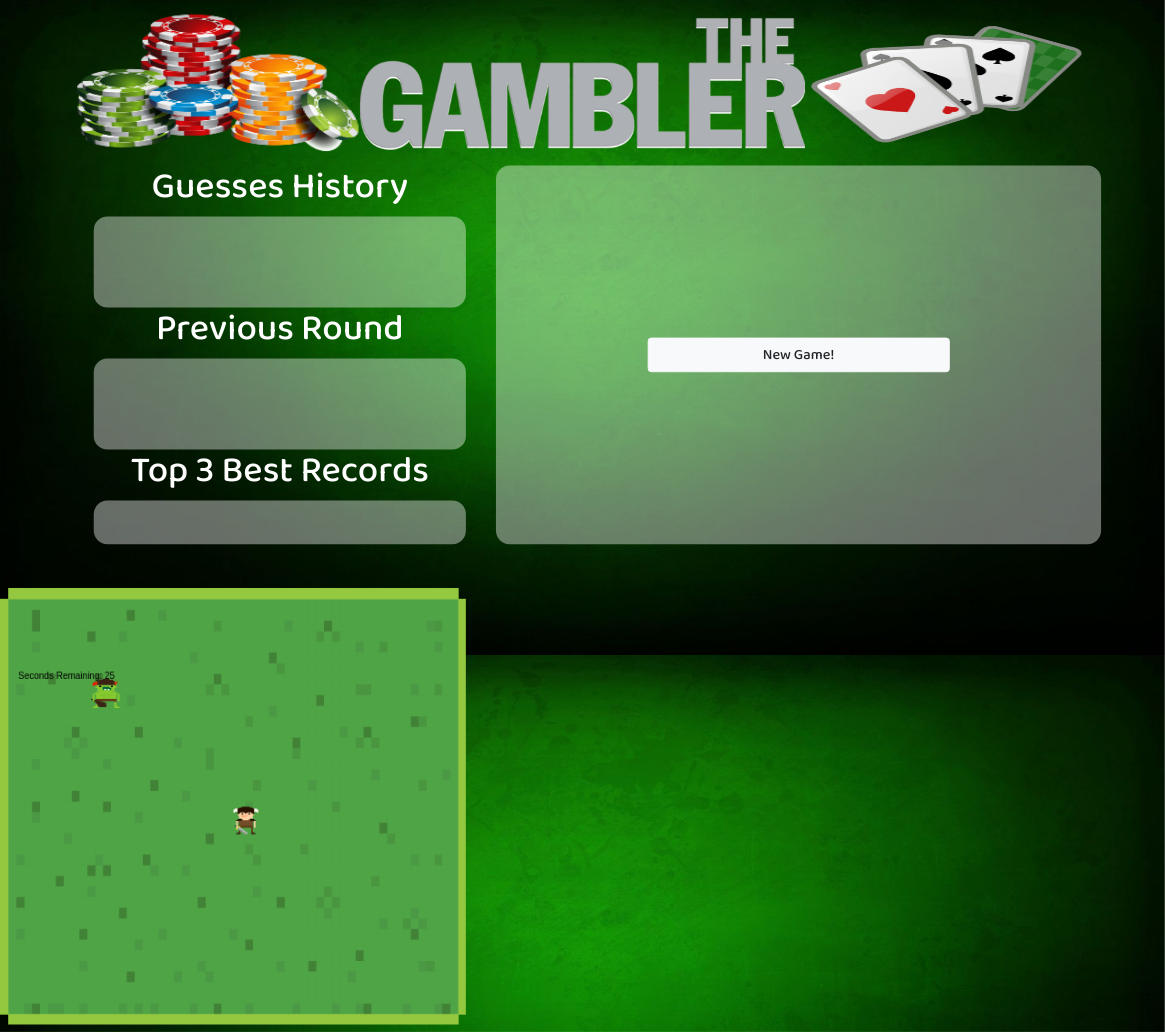
Repository: tts2610/TheCheapShootingGame
Page: index.html
These files come from the project's save history. The page is drawn as it stood at one moment and after the next save; the edit follows.
The browser window is 1280 px wide. The pictures show the whole page, at 91% of full size.
Backgrounds fixed to the window are drawn as part of the page.

Above is the page before, as saved 2020-05-15 11:18:13.
Console error: TypeError: Cannot read properties of null (reading 'style')

### index.html
<!DOCTYPE html>
<html lang="en">

<head>
    <meta charset="UTF-8">
    <meta name="viewport" content="width=device-width, initial-scale=1.0">
    <title>Document</title>
    <link rel="stylesheet" href="https://maxcdn.bootstrapcdn.com/bootstrap/4.4.1/css/bootstrap.min.css">

    <!-- jQuery library -->
    <script src="https://ajax.googleapis.com/ajax/libs/jquery/3.4.1/jquery.min.js"></script>

    <!-- Popper JS -->
    <script src="https://cdnjs.cloudflare.com/ajax/libs/popper.js/1.16.0/umd/popper.min.js"></script>

    <!-- Latest compiled JavaScript -->
    <script src="https://maxcdn.bootstrapcdn.com/bootstrap/4.4.1/js/bootstrap.min.js"></script>

    <link href="https://fonts.googleapis.com/css2?family=Baloo+2:wght@500&display=swap" rel="stylesheet">

    <link rel="stylesheet" href="css/style.css">

</head>

<body>
    <div aria-live="polite" aria-atomic="true" style="position: relative;">
        <div style="position: absolute; top: 20px; right: 20px;" id="toast-container">
        </div>
    </div>
    <section class="container pb-5 pt-3 numberGuessingBox">
        <div class="img-container">
            <img class="center mb-3" src="img/chips.png" width="auto" height="150">
            <img class="center mb-3" src="img/gambler.png" width="auto" height="150">
            <img class="center mb-3" src="img/cards.png" width="auto" height="150">
        </div>

        <div class="row">
            <div class="col-5 left_handSide px-5">
                <h1 style="text-align: center;">Guesses History</h1>
                <div class="row box-1 py-4 px-4" id="guessHistory">

                </div>
                <h1 style="text-align: center;">Previous Round</h1>
                <div class="row box-3 py-2 px-4" id="previousRound">

                </div>
                <h1 style="text-align: center;">Top 3 Best Records</h1>
                <div class="row box-2 py-4 px-4" id="ranking">

                </div>

            </div>
            <div class="col-7 right_handSide px-5">
                <button onclick="startGame()" class="btn btn-light" id="startGameBtn">New Game!</button>

                <canvas id="myCanvas"></canvas>
                <!-- <div id="inputDiv">
                    <div class="form customForm py-5">
                        <input type="number" class="form-control" id="guessInput" placeholder="Enter your guess here:" autofocus="autofocus" required>
                        <div class="submitBtn">
                            <button type="button" class="btn btn-primary mt-4" onclick="guessSubmit()" id="guessBtn">Guess</button>
                            <button type="button" class="btn btn-danger mt-4" onclick="reset()" id=resetBtn>Reset</button>
                        </div>
                    </div>

                    <div class="result my-3">
                        <div>Guess Remaining:
                            <span id="guessRemaining"></span>
                        </div>
                        <div>Time Remaining:
                            <div id="secondRemaining">s</div>
                        </div>
                    </div>
                </div> -->


            </div>
        </div>
    </section>

    <script src="js/script.js"></script>
</body>

</html>

### css/style.css
body {
    font-family: 'Baloo 2', cursive;
    background: url(../img/bg.jpg) no-repeat center center fixed;
    background-size: 100% 100%;
    height: 100%;
    position: absolute;
    width: 100%;
}

h1 {
    color: white;
}

::-webkit-scrollbar {
    -webkit-appearance: none;
    width: 7px;
}

 ::-webkit-scrollbar-thumb {
    border-radius: 4px;
    background-color: rgba(0, 0, 0, .5);
    box-shadow: 0 0 1px rgba(255, 255, 255, .5);
}

.numberGuessingBox .row .left_handSide .box-1 {
    background-color: rgb(255, 255, 255);
    /* Fallback color */
    background-color: rgba(255, 255, 255, 0.4);
    height: 100px;
    border-radius: 15px;
    display: flex;
    flex-direction: column;
}

.numberGuessingBox .row .left_handSide .box-2 {
    background-color: rgb(255, 255, 255);
    /* Fallback color */
    background-color: rgba(255, 255, 255, 0.4);
    height: auto;
    border-radius: 15px;
    display: flex;
    flex-direction: column;
}

.numberGuessingBox .row .left_handSide .box-3 {
    background-color: rgb(255, 255, 255);
    /* Fallback color */
    background-color: rgba(255, 255, 255, 0.4);
    height: 100px;
    border-radius: 15px;
    overflow-y: auto;
}

.numberGuessingBox .row .right_handSide {
    background-color: rgb(255, 255, 255);
    /* Fallback color */
    background-color: rgba(255, 255, 255, 0.4);
    /* Black w/opacity/see-through */
    border-radius: 15px;
    width: auto;
    color: white;
    font-weight: bold;
}

.numberGuessingBox .row .right_handSide .customForm {
    width: 50%;
    position: absolute;
    top: 30%;
    left: 50%;
    transform: translate(-50%, -50%);
}

.numberGuessingBox .row .right_handSide .result {
    width: 50%;
    position: absolute;
    top: 65%;
    left: 50%;
    transform: translate(-50%, -50%);
    font-size: xx-large;
    text-align: center;
}

.numberGuessingBox .row .right_handSide .customForm .submitBtn {
    display: flex;
    justify-content: space-around;
}

#inputDiv {
    display: none;
}

#startGameBtn {
    width: 50%;
    position: absolute;
    top: 50%;
    left: 50%;
    transform: translate(-50%, -50%);
}

#ranking {
    display: flex;
    flex-direction: inherit;
}

.center {
    display: block;
    margin-left: auto;
    margin-right: auto;
    width: 50%;
}

.base-timer {
    position: relative;
    width: 100px;
    height: 100px;
}

.base-timer__svg {
    transform: scaleX(-1);
}

.base-timer__circle {
    fill: none;
    stroke: none;
}

.base-timer__path-elapsed {
    stroke-width: 7px;
    stroke: grey;
}

.base-timer__path-remaining {
    stroke-width: 7px;
    stroke-linecap: round;
    transform: rotate(90deg);
    transform-origin: center;
    transition: 1s linear all;
    fill-rule: nonzero;
    stroke: currentColor;
}

.base-timer__path-remaining.green {
    color: rgb(65, 184, 131);
}

.base-timer__path-remaining.orange {
    color: orange;
}

.base-timer__path-remaining.red {
    color: red;
}

.base-timer__label {
    position: absolute;
    width: 100px;
    height: 100px;
    top: 0;
    display: flex;
    align-items: center;
    justify-content: center;
    font-size: 24px;
}

.img-container {
    display: flex;
}

### js/script.js
// FOR NEW GAME EFFECT
let div = document.getElementById("inputDiv");
let startGameBtn = document.getElementById("startGameBtn");

// VARIABLE FOR CALCULATE
let historyBox = [];
let bestScores = [];
let previousRecord = [];
let guess = 5;
let second = 20;
let randomNumber = Math.floor(Math.random() * 100) + 1;
let timer;

// USER INPUT
let input = document.getElementById("guessInput");

// LEFT BOXES
let guessHistory = document.getElementById("guessHistory");
let ranking = document.getElementById("ranking");
let previousRound = document.getElementById("previousRound");

// RIGHT BOXES
let secondRemaining = document.getElementById("secondRemaining");
let guessRemaining = document.getElementById("guessRemaining");
let finalResult = document.getElementById("finalResult");

// BUTTONS
let guessBtn = document.getElementById("guessBtn");
let resetBtn = document.getElementById("resetBtn");


// TOASTER + TOASTER OUTPUT
let toaster = document.getElementById("toast-container");
let prompts = { 1: "Too Low!", 2: "Too High!", 3: "You already input that number!", 4: "Better luck next time!", 5: "Great Job!", 6: "Please input your number!" }


// =========== MAIN ============

// ENTER KEY PRESSED
$(document).keypress(function(e) {
    if (e.which == 13) {
        $("#guessBtn").click();
    }
});

$(document).ready(function() {
    div.style.display = "none";
    input.disabled = true;
    guessBtn.disabled = true;
    resetBtn.disabled = true;
});

// NEW-GAME BUTTON PRESSED
function startGame() {
    window.scroll(0, 0);
    toaster.innerHTML = ""
    secondRemaining.innerHTML = second;
    timecounting();
    guessRemaining.textContent = guess;
    displayDiv();
    enableOrDisableBtn();
    autoFocus();
    alert("Random number revealed(for testing): " + randomNumber);
}


// GUESS BUTTON PRESSED
function guessSubmit() {
    if (guessBtn.disabled) return;
    else if (input.value == '' && !guessBtn.disabled) {
        createAlert(6);
        return;
    }
    let result = getResult();
    createAlert(result);

    if ([4, 5].includes(result)) {
        resetToDefault();
        enableOrDisableBtn();
        displayDiv();
        insertPreviousRecord();
    }
    bestScores.sort((a, b) => (a.guessRemain > b.guessRemain) ? -1 : 1);
    guessHistory.innerHTML = "";
    historyBox.forEach(element => {
        var p = document.createElement("p");
        var img = document.createElement("img")
        img.src = "img/dice.png";
        img.width = 60;
        img.height = 60;
        var textnode = document.createTextNode(element); // Create a text node
        p.appendChild(img);
        p.appendChild(textnode);
        guessHistory.append(p);
    });

    if (result == 5) {
        ranking.innerHTML = "";
        bestScores.forEach((element, i) => {
            if (i == 3) {
                return;
            }
            var p = document.createElement("div");
            p.className = "mt-3 mx-4";
            var img = document.createElement("img")
            img.src = "img/" + ++i + ".png";
            img.width = 64;
            img.height = 64;
            var textnode = document.createTextNode("Sean finished with " + (guess - element.guessRemain + 1) + " tries in " + (second - element.timeRemain) + "s!");
            p.appendChild(img);
            p.appendChild(textnode);
            var hr = document.createElement("hr");
            ranking.append(p);
            ranking.append(hr);
        });
    }

    // clear after insert
    input.value = "";
    autoFocus();
}

// RESET BUTTON PRESSED
function reset() {
    resetToDefault();
    enableOrDisableBtn();
    displayDiv();
}

// ============END-MAIN===========

// =========EXTRA-FUNCTIONS=======

function enableOrDisableBtn() {
    if (!input.disabled && !guessBtn.disabled && !resetBtn.disabled) {
        input.disabled = true;
        guessBtn.disabled = true;
        resetBtn.disabled = true;
    } else {
        input.disabled = false;
        guessBtn.disabled = false;
        resetBtn.disabled = false;
    }

}

function displayDiv() {
    if (div.style.display === "block" && startGameBtn.style.display === "none") {
        div.style.display = "none";
        startGameBtn.style.display = "block";
    } else {
        div.style.display = "block";
        startGameBtn.style.display = "none";
    }

}

function resetToDefault() {
    clearInterval(timer);
    guess = 5;
    second = 20;
    historyBox = [];
    guessHistory.innerHTML = "";
    randomNumber = Math.floor(Math.random() * 100) + 1;
}

function timecounting() {
    timer = setInterval(() => {
        if (second == 0) {
            previousRecord.push(["FAILED", guess, second]);
            clearInterval(timer);
            createAlert(4);
            reset();
            insertPreviousRecord();
            return;
        }
        second -= 1;
        secondRemaining.innerHTML = second + "s";
    }, 1000)

}

function getResult() {
    let result = 0;
    if (historyBox.includes(input.value)) {
        result = 3;
    } else {
        historyBox.push(input.value);
        if (input.value == randomNumber) {
            bestScores.push({ guessRemain: guess, timeRemain: second });
            previousRecord.push(["SUCCEED", guess - 1, second])
            return 5;
        } else if (input.value < randomNumber) {
            result = 1;
        } else if (input.value > randomNumber) {
            result = 2;
        }
        guessRemaining.textContent = --guess;
        if (guess == 0) {
            result = 4;
            previousRecord.push(["FAILED", guess, second])
        }
    }
    return result;
}


function createAlert(alertType) {

    let alertColor = [1, 2, 3, 4, 6].includes(alertType) ? "btn-danger" : "btn-info";
    let text = prompts[alertType];

    text += [4, 5].includes(alertType) ? "! Try another round to rank up!" : "";

    if (toaster.childElementCount > 1 || [4, 5].includes(alertType)) {
        toaster.innerHTML = "";
    }

    toaster.innerHTML += `<div class="toast" id="toast" role="alert" aria-live="assertive" aria-atomic="true" data-delay="5000">
    <div class="toast-body ${alertColor}" style="letter-spacing: 1px;">
        ${text}
    </div>
    </div>`;
    $('.toast').toast('show');
}


function insertPreviousRecord() {
    previousRound.innerHTML = "";
    // just for printing, have to reverse back after printing
    previousRecord.reverse();

    previousRecord.forEach(element => {
        var p = document.createElement("div");
        p.className = "mt-3 mx-4";
        var img = document.createElement("img")
        img.src = element[0] == "FAILED" ? "img/red_cross.png" : "img/green_tick.png";
        img.width = 32;
        img.height = 32;
        var textnode = document.createTextNode(element[0] + " / " + "Finished with " + (guess - element[1]) + " tries in " + (second - element[2]) + "s");
        p.appendChild(img);
        p.appendChild(textnode);

        previousRound.append(p);
    });
    previousRecord.reverse();
}

function autoFocus() {
    input.focus();
}



// FOR THE CHEAP GAME
/*
  Code modified from:
  http://www.lostdecadegames.com/how-to-make-a-simple-html5-canvas-game/
  using graphics purchased from vectorstock.com
*/

/* Initialization.
Here, we create and add our "canvas" to the page.
We also load all of our images.
*/


let canvas;
let ctx;

canvas = document.getElementById("myCanvas");
ctx = canvas.getContext("2d");
canvas.width = 512;
canvas.height = 480;
document.body.appendChild(canvas);

let bgReady, heroReady, monsterReady;
let bgImage, heroImage, monsterImage;

let startTime = Date.now();
const SECONDS_PER_ROUND = 30;
let elapsedTime = 0;

function loadImages() {
    bgImage = new Image();
    bgImage.onload = function() {
        // show the background image
        bgReady = true;
    };
    bgImage.src = "images/background.png";
    heroImage = new Image();
    heroImage.onload = function() {
        // show the hero image
        heroReady = true;
    };
    heroImage.src = "images/hero.png";

    monsterImage = new Image();
    monsterImage.onload = function() {
        // show the monster image
        monsterReady = true;
    };
    monsterImage.src = "images/monster.png";
}

/**
 * Setting up our characters.
 *
 * Note that heroX represents the X position of our hero.
 * heroY represents the Y position.
 * We'll need these values to know where to "draw" the hero.
 *
 * The same applies to the monster.
 */

let heroX = canvas.width / 2;
let heroY = canvas.height / 2;

let monsterX = 100;
let monsterY = 100;

/**
 * Keyboard Listeners
 * You can safely ignore this part, for now.
 *
 * This is just to let JavaScript know when the user has pressed a key.
 */
let keysDown = {};

function setupKeyboardListeners() {
    // Check for keys pressed where key represents the keycode captured
    // For now, do not worry too much about what's happening here.
    addEventListener("keydown", function(key) {
        keysDown[key.keyCode] = true;
    }, false);

    addEventListener("keyup", function(key) {
        delete keysDown[key.keyCode];
    }, false);
}


/**
 *  Update game objects - change player position based on key pressed
 *  and check to see if the monster has been caught!
 *
 *  If you change the value of 5, the player will move at a different rate.
 */
let update = function() {
    // Update the time.
    elapsedTime = Math.floor((Date.now() - startTime) / 1000);


    if (38 in keysDown) { // Player is holding up key
        heroY -= 5;
    }
    if (40 in keysDown) { // Player is holding down key
        heroY += 5;
    }
    if (37 in keysDown) { // Player is holding left key
        heroX -= 5;
    }
    if (39 in keysDown) { // Player is holding right key
        heroX += 5;
    }

    // Check if player and monster collided. Our images
    // are about 32 pixels big.
    if (
        heroX <= (monsterX + 32) &&
        monsterX <= (heroX + 32) &&
        heroY <= (monsterY + 32) &&
        monsterY <= (heroY + 32)
    ) {
        // Pick a new location for the monster.
        // Note: Change this to place the monster at a new, random location.
        monsterX = monsterX + 50;
        monsterY = monsterY + 70;
    }
};

/**
 * This function, render, runs as often as possible.
 */
var render = function() {
    if (bgReady) {
        ctx.drawImage(bgImage, 0, 0);
    }
    if (heroReady) {
        ctx.drawImage(heroImage, heroX, heroY);
    }
    if (monsterReady) {
        ctx.drawImage(monsterImage, monsterX, monsterY);
    }
    ctx.fillText(`Seconds Remaining: ${SECONDS_PER_ROUND - elapsedTime}`, 20, 100);
};

/**
 * The main game loop. Most every game will have two distinct parts:
 * update (updates the state of the game, in this case our hero and monster)
 * render (based on the state of our game, draw the right things)
 */
var main = function() {
    update();
    render();
    // Request to do this again ASAP. This is a special method
    // for web browsers.
    requestAnimationFrame(main);
};

// Cross-browser support for requestAnimationFrame.
// Safely ignore this line. It's mostly here for people with old web browsers.
var w = window;
requestAnimationFrame = w.requestAnimationFrame || w.webkitRequestAnimationFrame || w.msRequestAnimationFrame || w.mozRequestAnimationFrame;

// Let's play this game!
loadImages();
setupKeyboardListeners();
main();

After the next save:
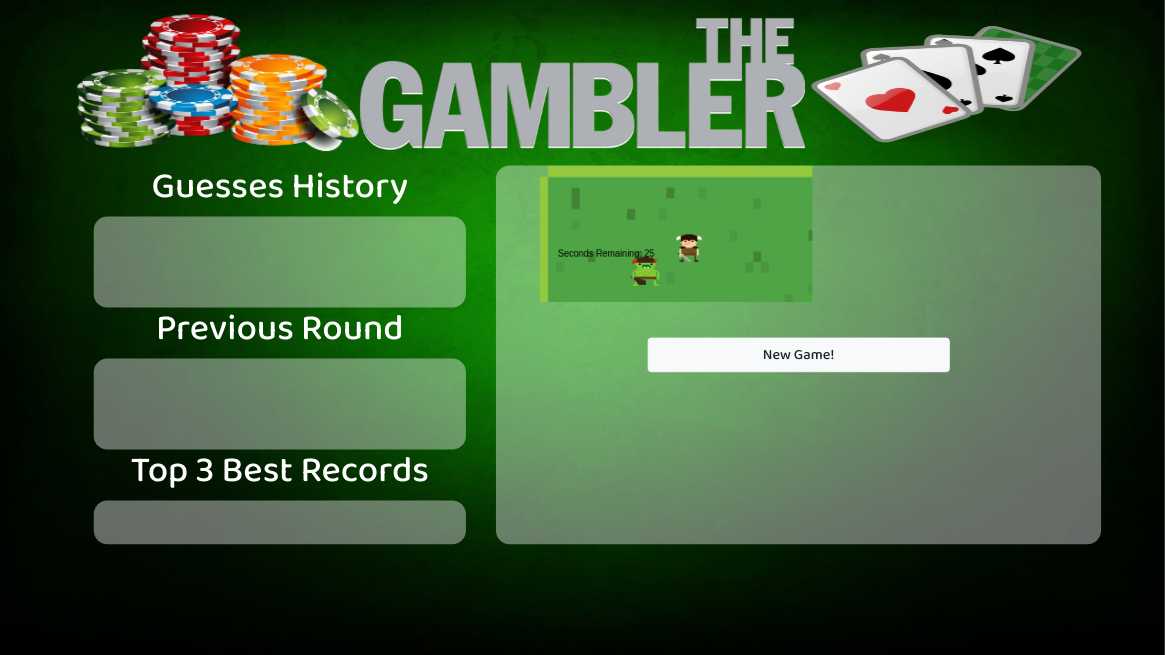
Saved 70 s later.
--- a/js/script.js
+++ b/js/script.js
@@ -270,9 +270,7 @@ let ctx;
 
 canvas = document.getElementById("myCanvas");
 ctx = canvas.getContext("2d");
-canvas.width = 512;
-canvas.height = 480;
-document.body.appendChild(canvas);
+
 
 let bgReady, heroReady, monsterReady;
 let bgImage, heroImage, monsterImage;
